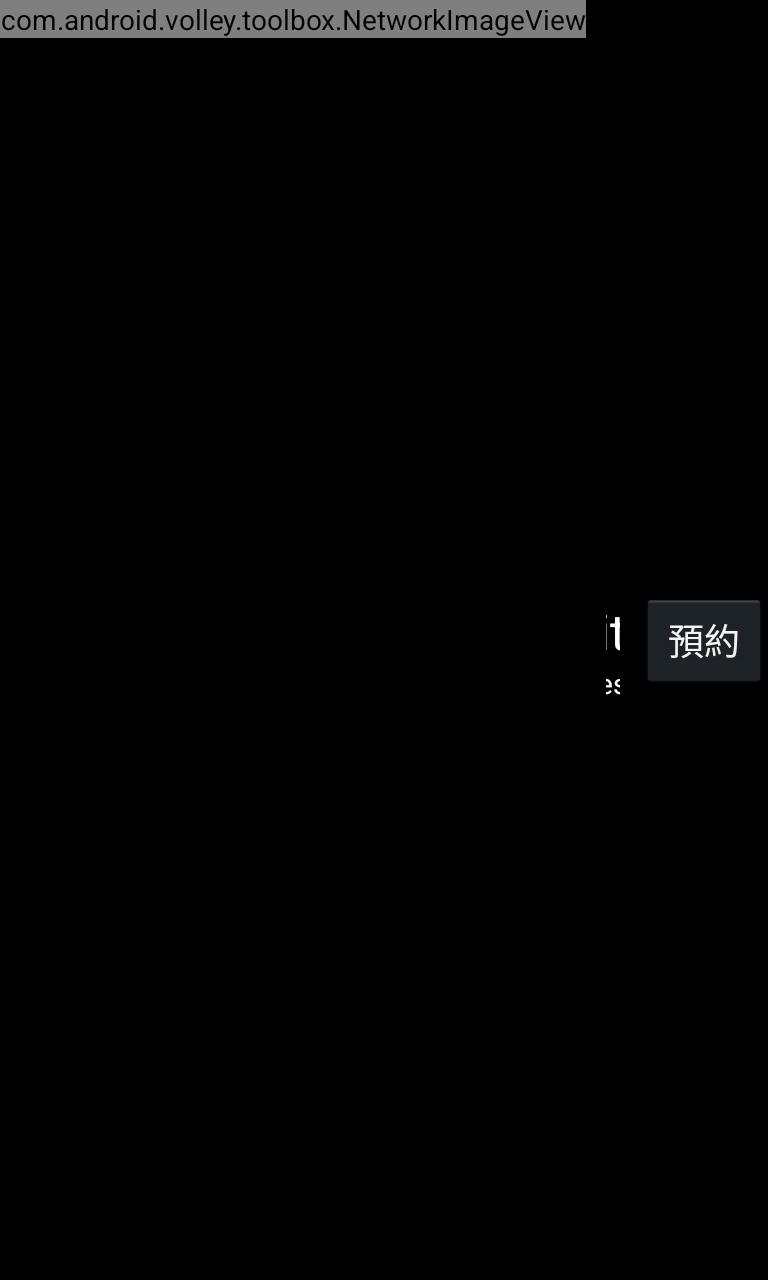
Repository: cnevinc/togather
Layout: GeorgeMe/res/layout/list_item_shop.xml
The author's editor kept a copy of each file at every save. The layout is drawn from the files as they stood at one save, then again after a run of saves.
Pictures or frames that could not be fetched are drawn as grey boxes. It is drawn on a 768 x 1280 px phone screen (xhdpi) without system bars, with theme android:Theme.Holo; the app's code is not run.

Above is the layout before, as saved 2014-07-26 18:47:44.

### GeorgeMe/res/layout/list_item_shop.xml
<?xml version="1.0" encoding="utf-8"?>
<FrameLayout xmlns:android="http://schemas.android.com/apk/res/android"
    android:layout_width="fill_parent"
    android:layout_margin="10dp"
    android:layout_height="fill_parent" >

    <RelativeLayout
        android:id="@+id/back"
        android:layout_width="match_parent"
        android:layout_height="match_parent"
        android:tag="back" >

        <TextView
            android:id="@+id/other_info"
            android:layout_width="wrap_content"
            android:layout_height="wrap_content"
            android:layout_centerInParent="true"
            android:layout_alignParentLeft="true"
            android:layout_toLeftOf="@+id/other_action"
            android:text="Name"
            android:textColor="#ffffff"
            android:textSize="20sp" />

        <Button
            android:id="@+id/other_action"
            android:layout_width="wrap_content"
            android:layout_height="wrap_content"
            android:layout_alignParentRight="true"
            android:text="觀看食記"
 >
        </Button>
    </RelativeLayout>

    <RelativeLayout
        android:id="@+id/front"
        android:layout_width="match_parent"
        android:layout_height="match_parent"
        android:background="#000000"
        android:orientation="vertical"
        android:paddingBottom="10dp"
        android:tag="front" >

        <com.android.volley.toolbox.NetworkImageView
            xmlns:app="http://schemas.android.com/apk/res-auto"
            android:id="@+id/thumbail"
            android:layout_width="wrap_content"
            android:layout_height="wrap_content"
            android:background="@drawable/ic_launcher" />

        <!-- android:layout_centerVertical="true" -->

        <RelativeLayout
            android:id="@+id/relativeLayout1"
            android:layout_width="wrap_content"
            android:layout_height="wrap_content"
            android:layout_centerInParent="true"
            android:layout_margin="10dp"
            android:layout_toRightOf="@+id/thumbail"
            android:layout_toLeftOf="@+id/main_action"
            android:gravity="center" >

            <!-- android:layout_alignParentTop="true" -->

            <TextView
                android:id="@+id/title"
                android:layout_width="wrap_content"
                android:layout_height="wrap_content"
                android:layout_marginLeft="10dp"
                android:layout_marginTop="10dp"
                android:text="title"
                android:textColor="#ffffff"
                android:textSize="25sp" />

            <TextView
                android:id="@+id/desc"
                android:layout_width="wrap_content"
                android:layout_height="wrap_content"
                android:layout_below="@+id/title"
                android:layout_marginLeft="10dp"
                android:text="desc"
                android:textColor="#ffffff" />
        </RelativeLayout>

        <Button
            android:id="@+id/main_action"
            android:layout_width="wrap_content"
            android:layout_height="wrap_content"
            android:layout_alignParentRight="true"
            android:text="預約"
            android:layout_centerVertical="true" >
        </Button>
    </RelativeLayout>

</FrameLayout>

After the next 2 saves:
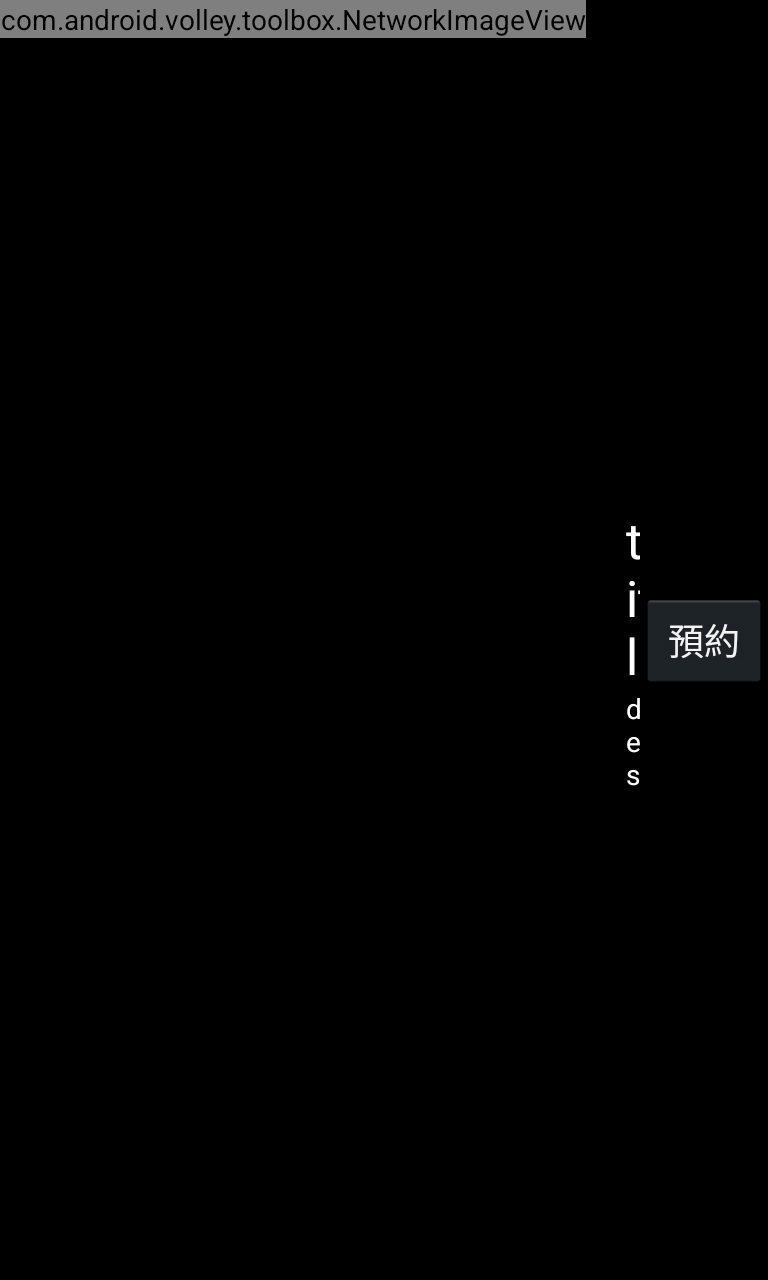
The 2 saves are shown as one change because they came seconds apart.
The last was saved 12 s later.
--- a/GeorgeMe/res/layout/list_item_shop.xml
+++ b/GeorgeMe/res/layout/list_item_shop.xml
@@ -1,8 +1,8 @@
 <?xml version="1.0" encoding="utf-8"?>
 <FrameLayout xmlns:android="http://schemas.android.com/apk/res/android"
     android:layout_width="fill_parent"
-    android:layout_margin="10dp"
-    android:layout_height="fill_parent" >
+    android:layout_height="fill_parent"
+    android:layout_margin="10dp" >
 
     <RelativeLayout
         android:id="@+id/back"
@@ -14,8 +14,8 @@
             android:id="@+id/other_info"
             android:layout_width="wrap_content"
             android:layout_height="wrap_content"
+            android:layout_alignParentLeft="true"
             android:layout_centerInParent="true"
-            android:layout_alignParentLeft="true"
             android:layout_toLeftOf="@+id/other_action"
             android:text="Name"
             android:textColor="#ffffff"
@@ -26,8 +26,7 @@
             android:layout_width="wrap_content"
             android:layout_height="wrap_content"
             android:layout_alignParentRight="true"
-            android:text="觀看食記"
- >
+            android:text="觀看食記" >
         </Button>
     </RelativeLayout>
 
@@ -54,9 +53,10 @@
             android:layout_width="wrap_content"
             android:layout_height="wrap_content"
             android:layout_centerInParent="true"
-            android:layout_margin="10dp"
+            android:layout_marginLeft="10dp"
+            android:layout_marginTop="10dp"
+            android:layout_toLeftOf="@+id/main_action"
             android:layout_toRightOf="@+id/thumbail"
-            android:layout_toLeftOf="@+id/main_action"
             android:gravity="center" >
 
             <!-- android:layout_alignParentTop="true" -->
@@ -86,8 +86,8 @@
             android:layout_width="wrap_content"
             android:layout_height="wrap_content"
             android:layout_alignParentRight="true"
-            android:text="預約"
-            android:layout_centerVertical="true" >
+            android:layout_centerVertical="true"
+            android:text="預約" >
         </Button>
     </RelativeLayout>
 

After the save that followed:
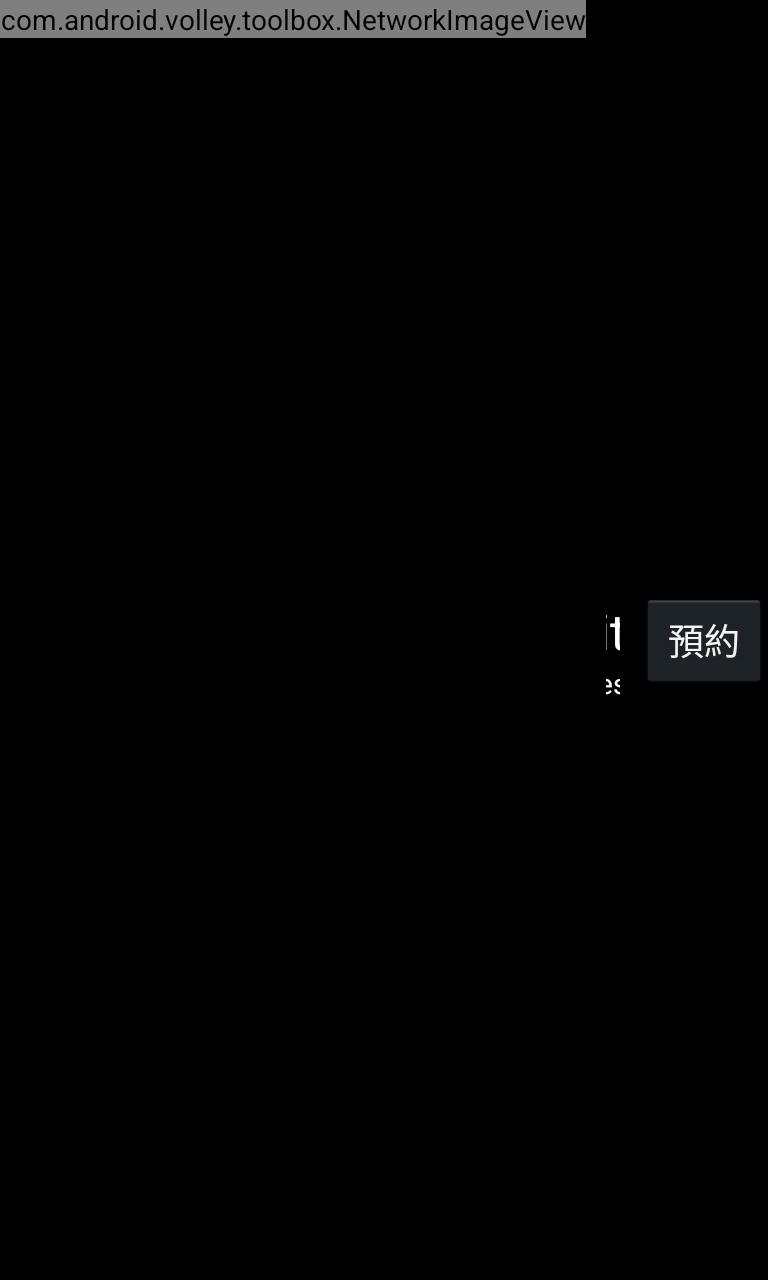
Saved 7 s later.
--- a/GeorgeMe/res/layout/list_item_shop.xml
+++ b/GeorgeMe/res/layout/list_item_shop.xml
@@ -54,7 +54,7 @@
             android:layout_height="wrap_content"
             android:layout_centerInParent="true"
             android:layout_marginLeft="10dp"
-            android:layout_marginTop="10dp"
+            android:layout_marginRight="10dp"
             android:layout_toLeftOf="@+id/main_action"
             android:layout_toRightOf="@+id/thumbail"
             android:gravity="center" >
